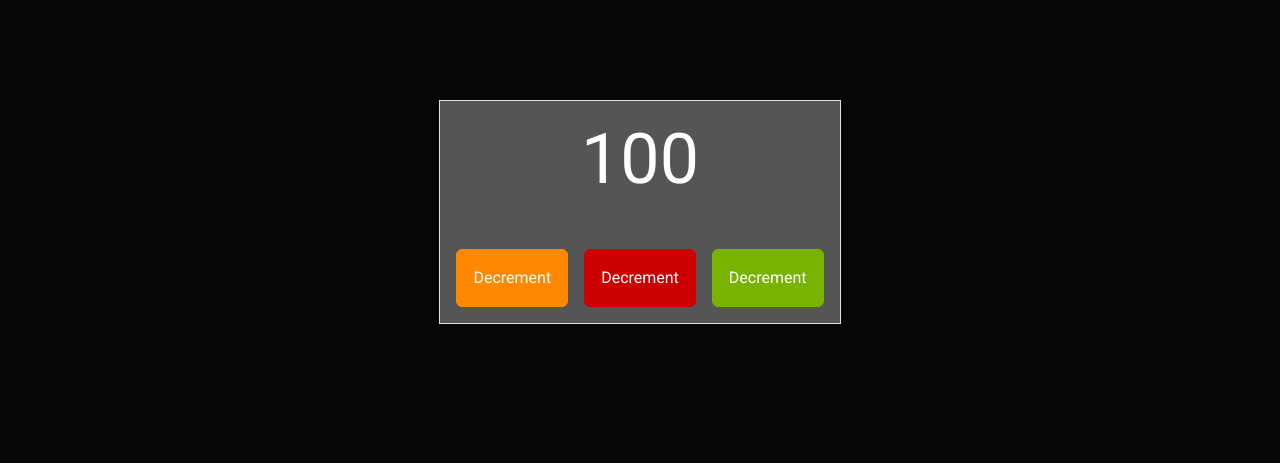
Repository: Afraz13/Emoboo
Page: /
These files come from the project's save history. The page is drawn as it stood at one moment and after the next save; the edit follows.
The browser window is 1280 px wide. The pictures show the whole page.
The project was rebuilt for these pictures with package versions that can differ from the ones it lists, and the page was loaded fresh each time.

Above is the page before, as saved 2024-08-15 12:41:39.

### src/index.js
import React from 'react';
import ReactDOM from 'react-dom/client';
import './index.css';
import App from './App';
import '../src/bootstrap.min (5).css'


const root = ReactDOM.createRoot(document.getElementById('root'));
root.render(
  <React.StrictMode>
    <App />
  </React.StrictMode>
);

### src/App.js

import './App.css';
import Counter from './compontent/Counter'

function App() {
  return (
    <div className="App">

      <Counter/>
    </div>
  );
}

export default App;

### src/compontent/Counter.jsx
import React from 'react'

function Counter() {
  return (
    <div style={{marginTop:'100px'}} className='d-flex justify-content-center align-items-center w-100  flex-column   '>
        <div className='border p-3 bg-secondary '>
        <h1 style={{fontSize:'70px'}}>100</h1>
        <div className='mt-5'>
            <button className='btn btn-warning p-3'>Decrement</button>
            <button className='btn btn-danger p-3 ms-3'>Decrement</button>
            <button className='btn btn-success p-3 ms-3'>Decrement</button>

        </div>
        </div>

    </div>
  )
}

export default Counter

Loaded but not shown: public/index.html (common file); src/index.css (common file); src/bootstrap.min (5).css (library); src/App.css (common file)

After the next save:
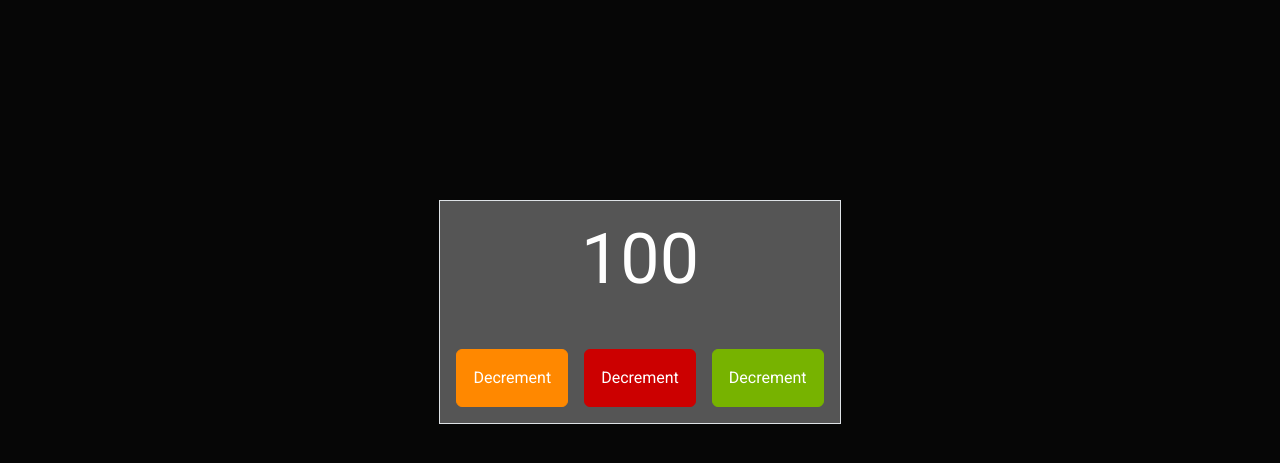
Saved 9 s later.
--- a/src/compontent/Counter.jsx
+++ b/src/compontent/Counter.jsx
@@ -2,7 +2,7 @@ import React from 'react'
 
 function Counter() {
   return (
-    <div style={{marginTop:'100px'}} className='d-flex justify-content-center align-items-center w-100  flex-column   '>
+    <div style={{marginTop:'200px'}} className='d-flex justify-content-center align-items-center w-100  flex-column   '>
         <div className='border p-3 bg-secondary '>
         <h1 style={{fontSize:'70px'}}>100</h1>
         <div className='mt-5'>
